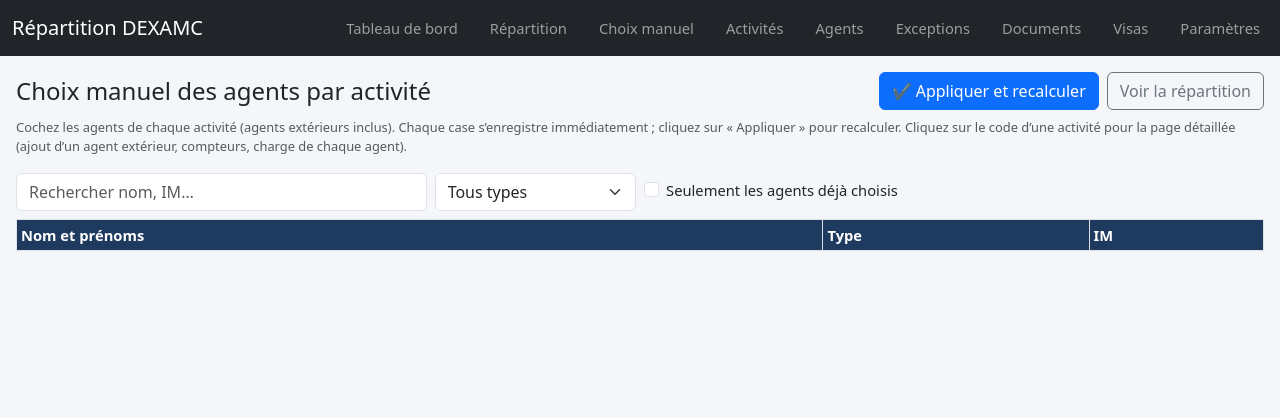
Repository: Mikandry/vacation
Page: http://localhost/choix
The author's editor kept a copy of each file at every save. The page is drawn from the files as they stood at one save, then again after the next save.
The browser window is 1280 px wide. The pictures show the whole page.
The page is served by the project's Laravel application, run on PHP 8.4 with Laravel 12. Other server files are loaded and not shown. Queries for data that is not in the repository find no rows.

Above is the page before, as saved 2026-10-18 22:10:26.

### routes/web.php
<?php
use App\Http\Controllers\{ActivityController, AgentController, DashboardController, DistributionController, DocumentController, ExceptionController, ManualController, SettingController, VisaController};
use Illuminate\Support\Facades\Route;

// Pour protéger l'application : installer Laravel Breeze puis remplacer [] par ['auth'].
Route::middleware([])->group(function () {
    Route::get('/', [DashboardController::class, 'index'])->name('dashboard');

    Route::get('/repartition', [DistributionController::class, 'index'])->name('distribution.index');
    Route::post('/repartition/run', [DistributionController::class, 'run'])->name('distribution.run');
    Route::post('/repartition/redraw', [DistributionController::class, 'redraw'])->name('distribution.redraw');
    Route::post('/repartition/archive', [DistributionController::class, 'archive'])->name('distribution.archive');
    Route::get('/repartition/recap.{format}', [DistributionController::class, 'recap'])->name('distribution.recap');

    Route::resource('activities', ActivityController::class)->except('show');

    Route::get('/agents/import', [AgentController::class, 'importForm'])->name('agents.import.form');
    Route::post('/agents/import', [AgentController::class, 'import'])->name('agents.import');
    Route::get('/agents/export', [AgentController::class, 'export'])->name('agents.export');
    Route::resource('agents', AgentController::class)->except('show');

    Route::get('/exceptions', [ExceptionController::class, 'index'])->name('exceptions.index');
    Route::post('/exceptions', [ExceptionController::class, 'set'])->name('exceptions.set');

    Route::get('/parametres', [SettingController::class, 'index'])->name('settings.index');
    Route::post('/parametres', [SettingController::class, 'update'])->name('settings.update');
    Route::get('/visas', [VisaController::class, 'index'])->name('visas.index');
    Route::post('/visas', [VisaController::class, 'update'])->name('visas.update');

    Route::get('/documents', [DocumentController::class, 'index'])->name('documents.index');
    Route::get('/documents/{activity}/{type}/{format}', [DocumentController::class, 'export'])->name('documents.export');
    Route::get('/choix', [ManualController::class, 'matrix'])->name('choix.matrix');
Route::post('/choix/toggle', [ManualController::class, 'toggle'])->name('choix.toggle');
Route::post('/choix/appliquer', [ManualController::class, 'apply'])->name('choix.apply');
Route::get('/choix/{activity}', [ManualController::class, 'show'])->name('choix.show');
Route::post('/choix/{activity}', [ManualController::class, 'save'])->name('choix.save');
Route::post('/choix/{activity}/externe', [ManualController::class, 'addExternal'])->name('choix.external');
Route::post('/choix/{activity}/auto', [ManualController::class, 'auto'])->name('choix.auto');

    });

### app/Http/Controllers/ManualController.php
<?php
namespace App\Http\Controllers;

use App\Models\Activity;
use App\Models\Agent;
use App\Models\Assignment;
use App\Models\Setting;
use App\Services\DistributionService;
use App\Services\ManualSelectionService;
use Illuminate\Http\Request;
use Illuminate\Support\Str;

class ManualController extends Controller
{
    public function __construct(private ManualSelectionService $svc) {}

    private function activeActs() { return Activity::where('active', true)->orderBy('position')->orderBy('id')->get(); }
        private function localities()
    {
        return Agent::whereNotNull('locality')->where('locality', '!=', '')->distinct()->orderBy('locality')->pluck('locality');
    }

    /** Vue 1 : matrice agents × activités (agents extérieurs inclus). */
    public function matrix()
    {
        $agents = Agent::all()->sortBy([['type', 'asc'], fn($a, $b) => Str::ascii($a->name) <=> Str::ascii($b->name)])->values();
        $assigned = Assignment::all()->groupBy('agent_id')->map(fn($g) => $g->pluck('activity_id')->all());
                return view('choix.matrix', ['acts' => $this->activeActs(), 'agents' => $agents, 'assigned' => $assigned, 'localities' => $this->localities()]);
    }

    public function toggle(Request $r)
    {
        $d = $r->validate(['agent_id' => 'required|exists:agents,id', 'activity_id' => 'required|exists:activities,id', 'on' => 'required|boolean']);
        $act = Activity::findOrFail($d['activity_id']);
        $was = Assignment::where('agent_id', $d['agent_id'])->where('activity_id', $act->id)->exists();
        $this->svc->set($act, (int)$d['agent_id'], (bool)$d['on'], $was, (bool)$act->manual);
        return response()->json(['ok' => true]);
    }

    public function apply(DistributionService $d)
    {
        $n = $d->run();
        return redirect()->route('choix.matrix')->with('ok', "Répartition recalculée avec vos choix : $n affectations.");
    }

    /** Vue 2 : une activité, liste complète des agents. */
    public function show(Activity $activity)
    {
        $hist = Setting::all_()['use_history'] === 'OUI';
        $amounts = Activity::all()->keyBy('id');
        $byAgent = Assignment::all()->groupBy('agent_id');
        $agents = Agent::all()->sortBy(fn($a) => Str::upper(Str::ascii($a->name)))->values();
        $info = [];
        foreach ($agents as $a) {
            $others = ($byAgent[$a->id] ?? collect())->where('activity_id', '!=', $activity->id);
            $info[$a->id] = [
                'codes' => $others->map(fn($x) => $amounts[$x->activity_id]->code ?? '')->implode(', '),
                'total' => $others->sum(fn($x) => $amounts[$x->activity_id]->amount ?? 0) + ($hist ? (int)$a->history_amount : 0),
            ];
        }
        return view('choix.activity', [
            'act' => $activity, 'acts' => $this->activeActs(), 'agents' => $agents, 'info' => $info,
            'selected' => Assignment::where('activity_id', $activity->id)->pluck('agent_id')->all(),
        ]);
    }

    public function save(Request $r, Activity $activity)
    {
        $r->validate(['agents' => 'nullable|array', 'agents.*' => 'integer|exists:agents,id']);
        $this->svc->sync($activity, $r->input('agents', []), $r->boolean('manual_mode'));
        return redirect()->route('choix.show', $activity)->with('ok', 'Sélection enregistrée et répartition recalculée.');
    }

    /** Ajoute un agent extérieur et le sélectionne directement dans l'activité. */
    public function addExternal(Request $r, Activity $activity)
    {
        $d = $r->validate(['name' => 'required|string|max:255', 'im' => 'nullable|string|max:30', 'locality' => 'nullable|string|max:80']);
        $agent = Agent::create($d + ['type' => 'EXTERNE', 'available' => true]);
        $this->svc->set($activity, $agent->id, true, false, (bool)$activity->manual);
        app(DistributionService::class)->run();
        return redirect()->route('choix.show', $activity)->with('ok', "Agent extérieur « {$agent->name} » ajouté à {$activity->code}.");
    }

    public function auto(Activity $activity, DistributionService $d)
    {
        $activity->update(['manual' => false]);
        $d->run();
        return redirect()->route('choix.show', $activity)->with('ok', 'Activité repassée en automatique : vos agents cochés restent forcés, le reste est complété jusqu’au quota.');
    }
}

### app/Http/Controllers/Controller.php
<?php
namespace App\Http\Controllers;

abstract class Controller {}

### app/Services/ManualSelectionService.php
<?php
namespace App\Services;

use App\Models\Activity;
use App\Models\Agent;
use App\Models\AgentException;
use App\Models\Assignment;
use Illuminate\Support\Facades\DB;

class ManualSelectionService
{
    /** Enregistre la sélection complète d'une activité puis recalcule. */
    public function sync(Activity $act, array $selectedIds, bool $manualMode): void
    {
        $selected = collect($selectedIds)->map(fn($i) => (int)$i)->unique();
        $current = Assignment::where('activity_id', $act->id)->pluck('agent_id');
        DB::transaction(function () use ($act, $selected, $current, $manualMode) {
            foreach (Agent::pluck('id') as $id) {
                $this->set($act, (int)$id, $selected->contains($id), $current->contains($id), $manualMode);
            }
            $act->update(['manual' => $manualMode]);
        });
        app(DistributionService::class)->run();
    }

    /** Coche / décoche un agent pour une activité. */
    public function set(Activity $act, int $agentId, bool $on, bool $wasAssigned, bool $manualMode): void
    {
        $key = ['agent_id' => $agentId, 'activity_id' => $act->id];
        if ($on) {
            AgentException::updateOrCreate($key, ['mode' => 'F']);
            return;
        }
        AgentException::where($key)->where('mode', 'F')->delete();
        // en mode automatique, un agent retiré alors qu'il était tiré au sort est exclu (sinon il serait re-sélectionné)
        if (!$manualMode && $wasAssigned) AgentException::updateOrCreate($key, ['mode' => 'X']);
    }
}

### app/Models/Agent.php
<?php
namespace App\Models;
use Illuminate\Database\Eloquent\Model;

class Agent extends Model
{
    protected $fillable = ['name', 'im', 'locality', 'type', 'available', 'corps', 'grade', 'indice', 'function', 'history_amount', 'draw_order', 'notes'];
    protected $casts = ['available' => 'boolean'];

    protected static function booted(): void
    {
        static::creating(function (Agent $a) {
            if (!$a->draw_order) $a->draw_order = random_int(1, 100000);
            if (!$a->type) $a->type = 'DIRECTION';
        });
    }
    public function assignments() { return $this->hasMany(Assignment::class); }
    public function exceptions() { return $this->hasMany(AgentException::class); }
    public function activities() { return $this->belongsToMany(Activity::class, 'assignments')->withPivot('forced'); }
    public function isDirection(): bool { return $this->type === 'DIRECTION'; }
}

### app/Models/Assignment.php
<?php
namespace App\Models;
use Illuminate\Database\Eloquent\Model;

class Assignment extends Model
{
    public $timestamps = false;
    protected $fillable = ['agent_id', 'activity_id', 'forced'];
    protected $casts = ['forced' => 'boolean'];
    public function agent() { return $this->belongsTo(Agent::class); }
    public function activity() { return $this->belongsTo(Activity::class); }
}

### app/Models/Activity.php
<?php
namespace App\Models;
use Illuminate\Database\Eloquent\Model;

class Activity extends Model
{
    protected $fillable = ['code', 'name', 'title', 'days', 'rate', 'quota', 'decree_total', 'start_date', 'position', 'active', 'manual'];
protected $casts = ['start_date' => 'date', 'active' => 'boolean', 'manual' => 'boolean'];

    public function getAmountAttribute(): int { return (int)$this->days * (int)$this->rate; }
    public function assignments() { return $this->hasMany(Assignment::class); }
    public function exceptions() { return $this->hasMany(AgentException::class); }
    public function agents() { return $this->belongsToMany(Agent::class, 'assignments')->withPivot('forced'); }
}

### resources/views/choix/matrix.blade.php
@extends('layouts.app')
@section('title','Choix manuel')
@section('content')
<div class="d-flex flex-wrap gap-2 align-items-center mb-2">
 <h4 class="mb-0 me-auto">Choix manuel des agents par activité</h4>
 <form method="post" action="{{ route('choix.apply') }}">@csrf <button class="btn btn-primary">✔ Appliquer et recalculer</button></form>
 <a class="btn btn-outline-secondary" href="{{ route('distribution.index') }}">Voir la répartition</a>
</div>
<p class="text-muted small">Cochez les agents de chaque activité (agents extérieurs inclus). Chaque case s’enregistre immédiatement ; cliquez sur « Appliquer » pour recalculer. Cliquez sur le code d’une activité pour la page détaillée (ajout d’un agent extérieur, compteurs, charge de chaque agent).</p>
<div class="row g-2 mb-2">
 <div class="col-md-4"><input id="q" class="form-control" placeholder="Rechercher nom, IM…"></div>
 <div class="col-md-2"><select id="t" class="form-select"><option value="">Tous types</option><option>DIRECTION</option><option>EXTERNE</option></select></div>
 <div class="col-auto d-flex align-items-center"><div class="form-check"><input type="checkbox" id="only" class="form-check-input"><label for="only" class="form-check-label">Seulement les agents déjà choisis</label></div></div>
</div>
<div class="table-responsive" style="max-height:72vh">
<table class="table table-sm table-bordered bg-white sticky" id="grid">
 <thead><tr><th>Nom et prénoms</th><th>Type</th><th>IM</th>
  @foreach($acts as $a)<th class="text-center"><a class="text-white" href="{{ route('choix.show',$a) }}">{{ $a->code }}</a>
   @if($a->manual)<span class="badge bg-warning text-dark">manuel</span>@endif<br>
   <small class="cnt" data-act="{{ $a->id }}" data-quota="{{ $a->quota }}" data-manual="{{ $a->manual?1:0 }}"></small></th>@endforeach</tr></thead>
 @foreach($agents as $ag)@php $mine=$assigned->get($ag->id,[]); @endphp
 <tr data-name="{{ \Illuminate\Support\Str::lower(\Illuminate\Support\Str::ascii($ag->name.' '.$ag->im)) }}" data-type="{{ $ag->type }}" class="{{ $ag->available?'':'text-muted' }}">
  <td>{{ $ag->name }}</td><td><small>{{ $ag->type }}</small></td><td>{{ $ag->im }}</td>
  @foreach($acts as $a)<td class="text-center"><input type="checkbox" class="form-check-input cb" data-agent="{{ $ag->id }}" data-act="{{ $a->id }}" @checked(in_array($a->id,$mine)) @disabled(!$ag->available)></td>@endforeach
 </tr>@endforeach
</table></div>
@endsection
@push('scripts')
<script>
const rows=[...document.querySelectorAll('#grid tbody tr')];
function counts(){
 document.querySelectorAll('.cnt').forEach(c=>{
  let d=0,e=0; rows.forEach(r=>{const cb=r.querySelector(`.cb[data-act="${c.dataset.act}"]`); if(cb&&cb.checked) r.dataset.type==='DIRECTION'?d++:e++;});
  c.textContent=(c.dataset.manual==='1'?`${d} dir`:`${d}/${c.dataset.quota} dir`)+(e?` + ${e} ext`:'');
 });
}
function filt(){
 const q=document.getElementById('q').value.toLowerCase(), t=document.getElementById('t').value, only=document.getElementById('only').checked;
 rows.forEach(r=>{ const any=[...r.querySelectorAll('.cb')].some(x=>x.checked);
  r.style.display=(r.dataset.name.includes(q)&&(!t||r.dataset.type===t)&&(!only||any))?'':'none'; });
}
['q','t','only'].forEach(i=>document.getElementById(i).addEventListener('input',filt));
document.querySelectorAll('.cb').forEach(cb=>cb.addEventListener('change',async()=>{
 try{
  const res=await fetch('{{ route('choix.toggle') }}',{method:'POST',headers:{'Content-Type':'application/json','Accept':'application/json','X-CSRF-TOKEN':document.querySelector('meta[name=csrf-token]').content},
   body:JSON.stringify({agent_id:cb.dataset.agent,activity_id:cb.dataset.act,on:cb.checked})});
  if(!res.ok) throw new Error();
 }catch(e){ cb.checked=!cb.checked; alert('Échec de l’enregistrement.'); }
 counts();
}));
counts();
</script>
@endpush

### resources/views/layouts/app.blade.php
<!doctype html>
<html lang="fr">
<head>
<meta charset="utf-8"><meta name="viewport" content="width=device-width, initial-scale=1">
<meta name="csrf-token" content="{{ csrf_token() }}">
<title>@yield('title', 'Répartition des agents')</title>
<head><link rel="icon" type="image/svg+xml" href="{{ asset('favicon.svg') }}"> </head>
{{-- <link rel="icon" type="image/png" href="{{ asset('logo.png') }}">. --}}

<link href="https://cdn.jsdelivr.net/npm/bootstrap@5.3.3/dist/css/bootstrap.min.css" rel="stylesheet">
<style>
 body{background:#f4f6f9;font-size:.92rem} .kpi{background:#fff;border-radius:.6rem;padding:.8rem 1rem;box-shadow:0 1px 3px rgba(0,0,0,.08)}
 .kpi .v{font-size:1.5rem;font-weight:700;color:#1f3a5f} .kpi .l{font-size:.75rem;color:#666;text-transform:uppercase}
 .table-sm td,.table-sm th{vertical-align:middle} .dot{display:inline-block;width:.9rem;height:.9rem;border-radius:50%;background:#1976d2}
 .st-Équilibré{background:#c8e6c9}.st-Sur-chargé{background:#ffcdd2}.st-Sous-chargé{background:#ffe0b2}.st-Externe{background:#e1f5fe}.st-Indisponible{background:#eee;color:#777}
 .sticky th{position:sticky;top:0;background:#1f3a5f;color:#fff;z-index:2}
</style>
</head>
<body>
<nav class="navbar navbar-expand-lg navbar-dark bg-dark mb-3">
 <div class="container-fluid">
  <a class="navbar-brand" href="{{ route('dashboard') }}">Répartition {{ \App\Models\Setting::all_()['direction'] }}</a>
  <div class="navbar-nav flex-row flex-wrap gap-3">
   <a class="nav-link" href="{{ route('dashboard') }}">Tableau de bord</a>
   <a class="nav-link" href="{{ route('distribution.index') }}">Répartition</a>
   <a class="nav-link" href="{{ route('choix.matrix') }}">Choix manuel</a>
   <a class="nav-link" href="{{ route('activities.index') }}">Activités</a>
   <a class="nav-link" href="{{ route('agents.index') }}">Agents</a>
   <a class="nav-link" href="{{ route('exceptions.index') }}">Exceptions</a>
   <a class="nav-link" href="{{ route('documents.index') }}">Documents</a>
   <a class="nav-link" href="{{ route('visas.index') }}">Visas</a>
   <a class="nav-link" href="{{ route('settings.index') }}">Paramètres</a>
  </div>
 </div>
</nav>
<div class="container-fluid px-3">
 @if(session('ok'))<div class="alert alert-success">{{ session('ok') }}</div>@endif
 @if($errors->any())<div class="alert alert-danger"><ul class="mb-0">@foreach($errors->all() as $e)<li>{{ $e }}</li>@endforeach</ul></div>@endif
 @yield('content')
</div>
@stack('scripts')
</body>
</html>

### app/Models/Setting.php
<?php
namespace App\Models;
use Illuminate\Database\Eloquent\Model;

class Setting extends Model
{
    protected $primaryKey = 'key';
    public $incrementing = false;
    protected $keyType = 'string';
    public $timestamps = false;
    protected $fillable = ['key', 'value'];

    public const DEFAULTS = [
        'direction' => 'DEXAMC',
        'session' => '2026',
        'ministry' => "MINISTERE DE L’EDUCATION NATIONALE",
        'decision_number' => '          -2026/MEN',
        'place' => 'Antananarivo',
        'decision_date' => '',
        'authority' => "LE MINISTRE DE L’EDUCATION NATIONALE,",
        'signatory' => "Le Ministre de l’Education Nationale",
        'ref_arrete' => "l’Arrêté Interministériel N°16166/2025 du 19 juin 2025",
        'budget_mission' => '812',
        'budget_indicator' => '314',
        'budget_section' => '00.81.0. E43.00000',
        'budget_account' => '6031',
        'budget_ordsec' => '00.812.2.00000',
        'auto' => 'OUI',          // répartition automatique
        'use_history' => 'OUI',   // tenir compte de l'historique
        'tolerance' => '20',      // % autour de la moyenne
        'threshold_ok' => '90',   // % d'agents dans la tolérance => ÉQUILIBRÉ
        'threshold_acc' => '70',  // => ACCEPTABLE
        'band_step' => '250000',
                'show_flag' => 'OUI',
        'republic' => "REPOBLIKAN'I MADAGASIKARA",
        'motto' => 'Fitiavana - Tanindrazana - Fandrosoana',
        'presence_title' => 'FEUILLE DE PRÉSENCE',
        'presence_line1' => 'Activité : {activite} — Session {session}',
        'presence_line2' => 'Durée : {jours} jour(s) · Direction : {direction} · Agents désignés : {agents} · Lieu : {lieu}',
        'presence_id_width' => '40',
        'etat_title' => 'ÉTAT DE VACATIONS',
        'etat_line1' => 'Activité : {activite} — Session {session}',
        'etat_line2' => '{jours} jour(s) × {taux} Ar/jour — {ref_arrete}',
        'etat_footer' => 'Arrêté le présent état à la somme de {total_lettres} ARIARY.',
        'services' => "SDC/DEXAMC|Service des Diplômes et de la Certification\nBAG/DEXAMC|Bureau des Affaires Générales\nSEE/DEXAMC|Service de l’Evaluation des Epreuves\nSOE/DEXAMC|Service de l’Organisation des Examens",
    ];

    public static function all_(): array
    {
        return array_merge(self::DEFAULTS, static::query()->pluck('value', 'key')->map(fn($v) => (string)$v)->all());
    }
    public static function put(array $values): void
    {
        foreach ($values as $k => $v) {
            if (array_key_exists($k, self::DEFAULTS)) static::updateOrCreate(['key' => $k], ['value' => (string)$v]);
        }
    }
}

After the next save:
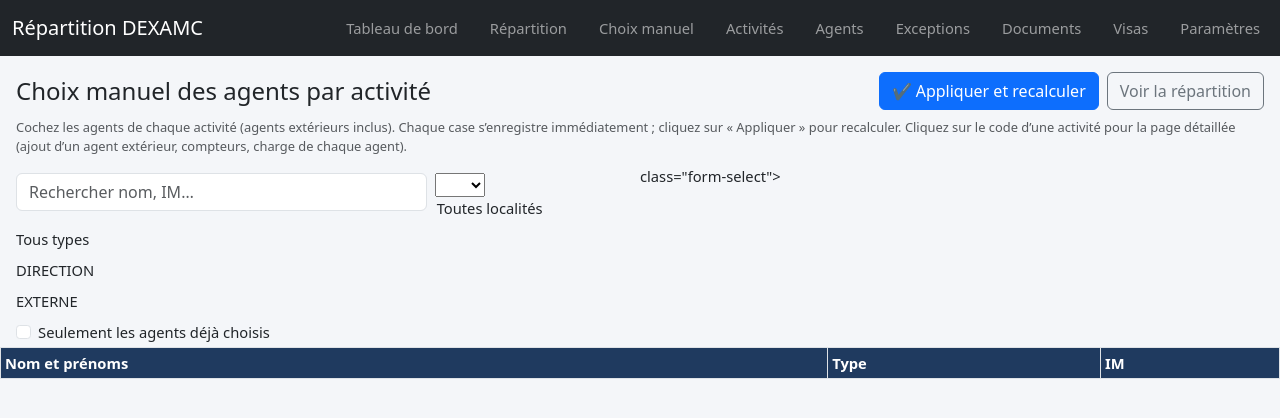
Saved 10 s later.
--- a/resources/views/choix/matrix.blade.php
+++ b/resources/views/choix/matrix.blade.php
@@ -9,7 +9,7 @@
 <p class="text-muted small">Cochez les agents de chaque activité (agents extérieurs inclus). Chaque case s’enregistre immédiatement ; cliquez sur « Appliquer » pour recalculer. Cliquez sur le code d’une activité pour la page détaillée (ajout d’un agent extérieur, compteurs, charge de chaque agent).</p>
 <div class="row g-2 mb-2">
  <div class="col-md-4"><input id="q" class="form-control" placeholder="Rechercher nom, IM…"></div>
- <div class="col-md-2"><select id="t" class="form-select"><option value="">Tous types</option><option>DIRECTION</option><option>EXTERNE</option></select></div>
+ <div class="col-md-2"><select id="t"  <div class="col-md-3"><select id="l" class="form-select"><option value="">Toutes localités</option>@foreach($localities as $l)<option value="{{ $l }}">{{ $l }}</option>@endforeach</select></div>class="form-select"><option value="">Tous types</option><option>DIRECTION</option><option>EXTERNE</option></select></div>
  <div class="col-auto d-flex align-items-center"><div class="form-check"><input type="checkbox" id="only" class="form-check-input"><label for="only" class="form-check-label">Seulement les agents déjà choisis</label></div></div>
 </div>
 <div class="table-responsive" style="max-height:72vh">

After the save that followed:
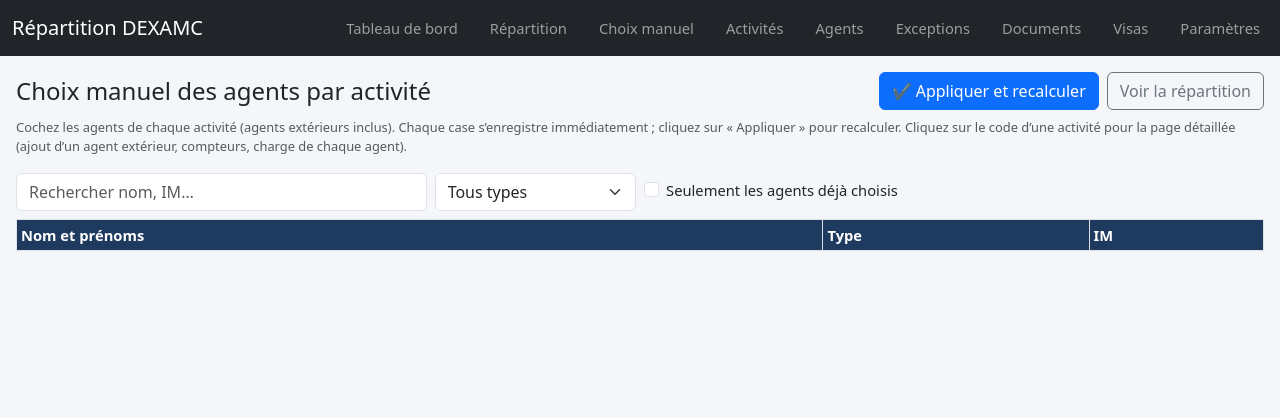
Saved 6 s later.
--- a/resources/views/choix/matrix.blade.php
+++ b/resources/views/choix/matrix.blade.php
@@ -9,7 +9,7 @@
 <p class="text-muted small">Cochez les agents de chaque activité (agents extérieurs inclus). Chaque case s’enregistre immédiatement ; cliquez sur « Appliquer » pour recalculer. Cliquez sur le code d’une activité pour la page détaillée (ajout d’un agent extérieur, compteurs, charge de chaque agent).</p>
 <div class="row g-2 mb-2">
  <div class="col-md-4"><input id="q" class="form-control" placeholder="Rechercher nom, IM…"></div>
- <div class="col-md-2"><select id="t"  <div class="col-md-3"><select id="l" class="form-select"><option value="">Toutes localités</option>@foreach($localities as $l)<option value="{{ $l }}">{{ $l }}</option>@endforeach</select></div>class="form-select"><option value="">Tous types</option><option>DIRECTION</option><option>EXTERNE</option></select></div>
+ <div class="col-md-2"><select id="t" class="form-select"><option value="">Tous types</option><option>DIRECTION</option><option>EXTERNE</option></select></div>
  <div class="col-auto d-flex align-items-center"><div class="form-check"><input type="checkbox" id="only" class="form-check-input"><label for="only" class="form-check-label">Seulement les agents déjà choisis</label></div></div>
 </div>
 <div class="table-responsive" style="max-height:72vh">
